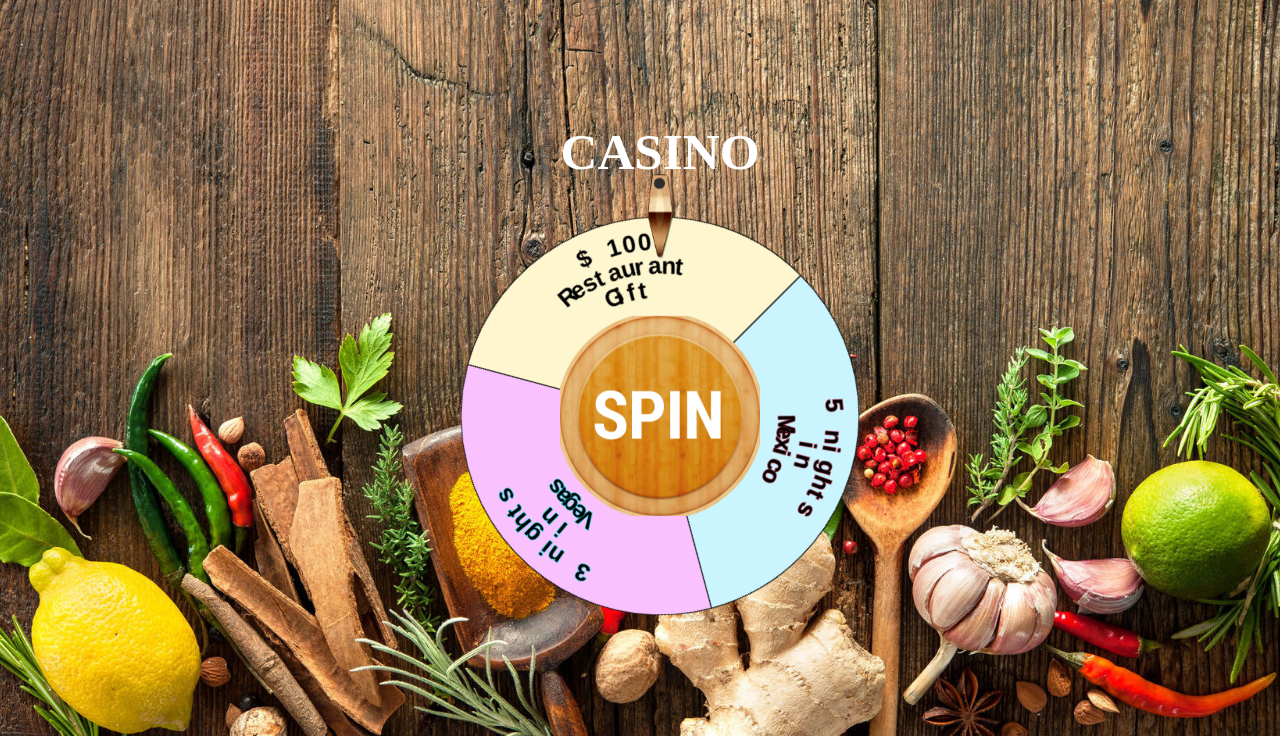
Repository: 43320888/upwork
Page: index.html
These files come from the project's save history. The page is drawn as it stood at one moment and after the next save; the edit follows.
The browser window is 1280 px wide. The pictures show the whole page.

Above is the page before, as saved 2019-01-21 07:54:14.

### index.html
<!DOCTYPE html>
<html lang="en">
<head>
	<meta charset="UTF-8">
	<meta name="viewport" content="width=device-width, initial-scale=1.0">
	<meta http-equiv="X-UA-Compatible" content="ie=edge">
	<link rel="stylesheet" href="style.css">
	<script src="Winwheel.min.js"></script>
	<script src="http://cdnjs.cloudflare.com/ajax/libs/gsap/latest/TweenMax.min.js"></script>
	<title>Spin wheel</title>
</head>
<body class="spin-table">
	<div><ul>
	<li><h1>CASINO</h1></li>
	<li><div class="spin-table-container">
		<canvas id="canvas3" width="400" height="400">Canvas not supported, please user another browser.</canvas>
		<img onClick="theWheel3.startAnimation();" id="prizePointer" src="images/pin.png" alt="V" />
		<img onClick="theWheel3.startAnimation();"  src="images/spin_button.png" id="spinButton">
	</div></li>
	<li><script src="script.js"></script></li>
	</ul></div>
	<!-- <div class="modal">
			<li><input type="text" placeholder="name"></li>
			<li><input type="text" placeholder="email"></li>
			<li><input type="submit" placeholder="submit"></li>
	</div> -->
</body>
</html>

### style.css
.spin-table {
	background-image: url(images/Covers.jpg);
	background-position: center center;
	background-repeat: no-repeat;
	background-size: cover;
	color: white;
	font-size: 1.6em
}
.spin-table > div {
	margin-left: 50%;
	transform: translateX(-50%);
	text-align: center;
	display: inline-block;
}
.spin-table li {
	list-style-type: none;
}
.spin-table-container {
	position: relative;
	width: 400px;
}
#prizePointer {
	position: absolute;
	left: 150px;
	top: -50px;
	z-index: 999;
	width: 100px;
}
#spinButton {
	position: absolute;
	left: 100px;
	top: 100px;
	z-index: 999;
	width: 200px;
}
.spin-table canvas {
	z-index: 1;
}

.spin-table canvas {
	-webkit-animation-name: spin;
	-webkit-animation-duration: 40000ms;
	-webkit-animation-iteration-count: infinite;
	-webkit-animation-timing-function: linear;
	-moz-animation-name: spin;
	-moz-animation-duration: 40000ms;
	-moz-animation-iteration-count: infinite;
	-moz-animation-timing-function: linear;
	-ms-animation-name: spin;
	-ms-animation-duration: 40000ms;
	-ms-animation-iteration-count: infinite;
	-ms-animation-timing-function: linear;
	-o-transition: rotate(3600deg);
}
@-moz-keyframes spin {
	from { -moz-transform: rotate(0deg); }
	to { -moz-transform: rotate(360deg); }
}
@-webkit-keyframes spin {
	from { -webkit-transform: rotate(0deg); }
	to { -webkit-transform: rotate(360deg); }
}
@keyframes spin {
	from {transform:rotate(0deg);}
	to {transform:rotate(360deg);}
}

### script.js
/* eslint-disable quote-props */
// eslint-disable-next-line no-unused-vars, no-undef
const theWheel3 = new Winwheel({
	'canvasId': 'canvas3',
	'numSegments': 3,
	'textAlignment': 'outer',
	'textFontWeight': 'bold',
	'textFontSize': '24',
	'textOrientation': 'curved',
	'segments': [
		{'textStrokeStyle': 'rgb(200, 50, 75)', 'fillStyle': '#caf5ff', 'text': '5 nights\n in \nMexico'},
		{'textStrokeStyle': 'aqua', 'fillStyle': '#f9c2fe', 'text': '3 nights\nin\nVegas'},
		{'fillStyle': '#fdf6cf', 'text': '$ 100\nRestaurant\nGift'},
	],
	'animation':
		{
			'type': 'spinToStop',
			'duration': 5,
			'spins': 8,
			'callbackFinished' : 'alertPrize()'
		}
});
function alertPrize(prize) {
	document.querySelector('.spin-table').insertAdjacentHTML('beforeend', `<div class="modal">
	<li><input type="text" placeholder="name"></li>
	<li><input type="text" placeholder="email"></li>
	<li><input type="submit" placeholder="submit"></li>
</div>`);
}

function alignContent() {
	document.getElementsByClassName('spin-table')[0].style.height = `${document.documentElement.clientHeight}px`;
	document.getElementsByClassName('spin-table')[0].firstElementChild.style.marginTop = `${document.getElementsByClassName('spin-table')[0].clientHeight / 2 - document.getElementsByClassName('spin-table')[0].firstElementChild.clientHeight / 2}px`;
}
alignContent();
window.onresize = alignContent;

### configSlotMachine777theMostUniqueName.js
/* eslint-disable quote-props, no-unused-vars, no-undef */
	(() => {
		const script = document.createElement('script');
		script.src = 'appSlotMachine777theMostUniqueName.js';
		script.async = false;
		document.head.appendChild(script);
	})();
const configSlotMachine777theMostUniqueName = () => {
	const pictures = {
	wrapper: 'images/wrapper.svg',
	title: `"data:[embedded picture, 797 characters]"`,
	pin: 'images/pin.gif',
	table: 'images/table.jpg',
	spin: 'images/spin.png',
}

const tableHeight = 100;

const segments = [
	'5 nights in Mexico',
	'Restaurant Gift $100',
	'3 nights in Vegas'
];
};

Loaded but not shown: Winwheel.min.js (library); appSlotMachine777theMostUniqueName.js (274 lines, source omitted)

After the next save:
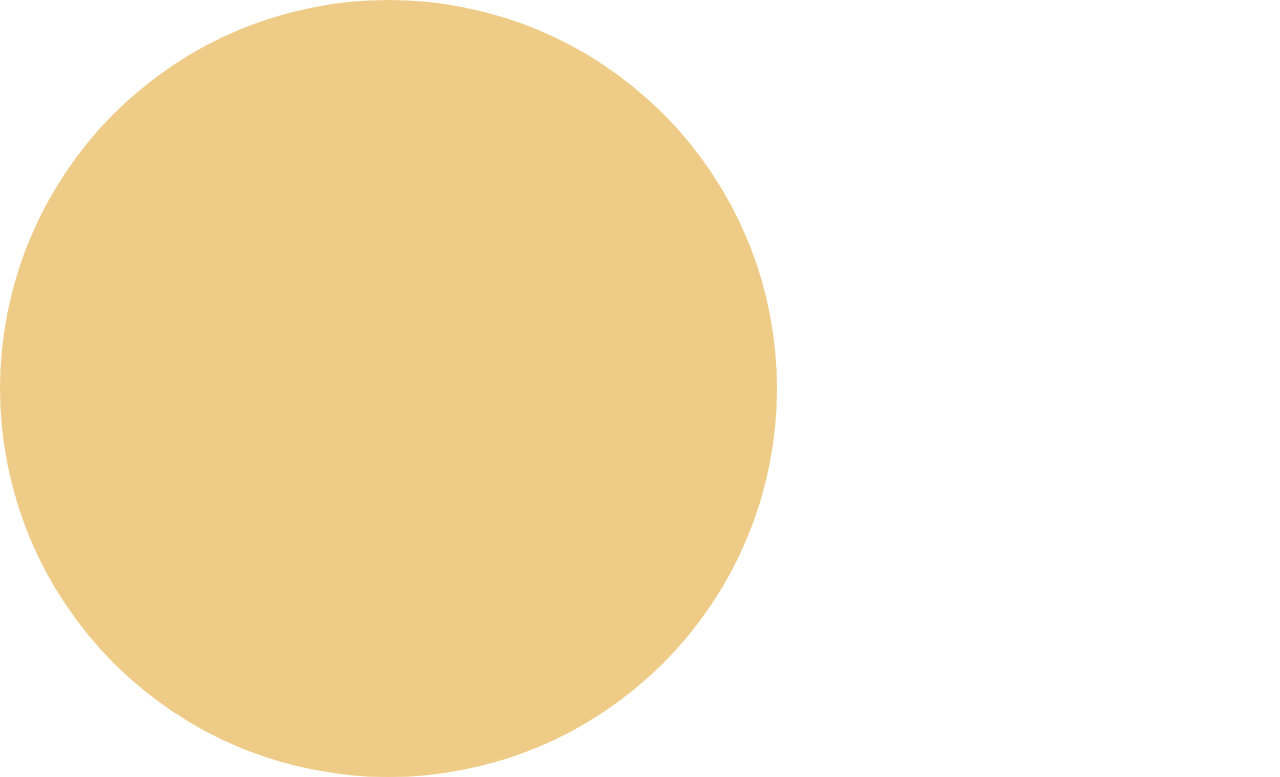
Saved 117 s later.
--- a/index.html
+++ b/index.html
@@ -1,28 +1,26 @@
-<!DOCTYPE html>
-<html lang="en">
-<head>
-	<meta charset="UTF-8">
-	<meta name="viewport" content="width=device-width, initial-scale=1.0">
-	<meta http-equiv="X-UA-Compatible" content="ie=edge">
-	<link rel="stylesheet" href="style.css">
-	<script src="Winwheel.min.js"></script>
-	<script src="http://cdnjs.cloudflare.com/ajax/libs/gsap/latest/TweenMax.min.js"></script>
-	<title>Spin wheel</title>
-</head>
-<body class="spin-table">
-	<div><ul>
-	<li><h1>CASINO</h1></li>
-	<li><div class="spin-table-container">
-		<canvas id="canvas3" width="400" height="400">Canvas not supported, please user another browser.</canvas>
-		<img onClick="theWheel3.startAnimation();" id="prizePointer" src="images/pin.png" alt="V" />
-		<img onClick="theWheel3.startAnimation();"  src="images/spin_button.png" id="spinButton">
-	</div></li>
-	<li><script src="script.js"></script></li>
-	</ul></div>
-	<!-- <div class="modal">
-			<li><input type="text" placeholder="name"></li>
-			<li><input type="text" placeholder="email"></li>
-			<li><input type="submit" placeholder="submit"></li>
-	</div> -->
+<meta http-equiv="Content-Type" content="text/html;charset=UTF-8">
+<style>
+	body {
+		margin: 0;
+	}
+</style>
+<body>
+	<!--
+		Если не заработает, проверьте нет ли конфликтующих названий на сайте с названиями используемыми в этом приложении
+
+		Reserved two variables:
+			let	configSlotMachine777theMostUniqueName
+			const 	appSlotMachine777theMostUniqueName
+
+		Reserved one ID:
+			#	canvasSlotMachine777theMostUniqueName
+
+		Reserved one class:
+			.	appSlotMachine777theMostUniqueName
+
+		Reserved two file names:
+			configSlotMachine777theMostUniqueName.js
+			appSlotMachine777theMostUniqueName.js
+	-->
+	<script async src="configSlotMachine777theMostUniqueName.js"></script>
 </body>
-</html>
